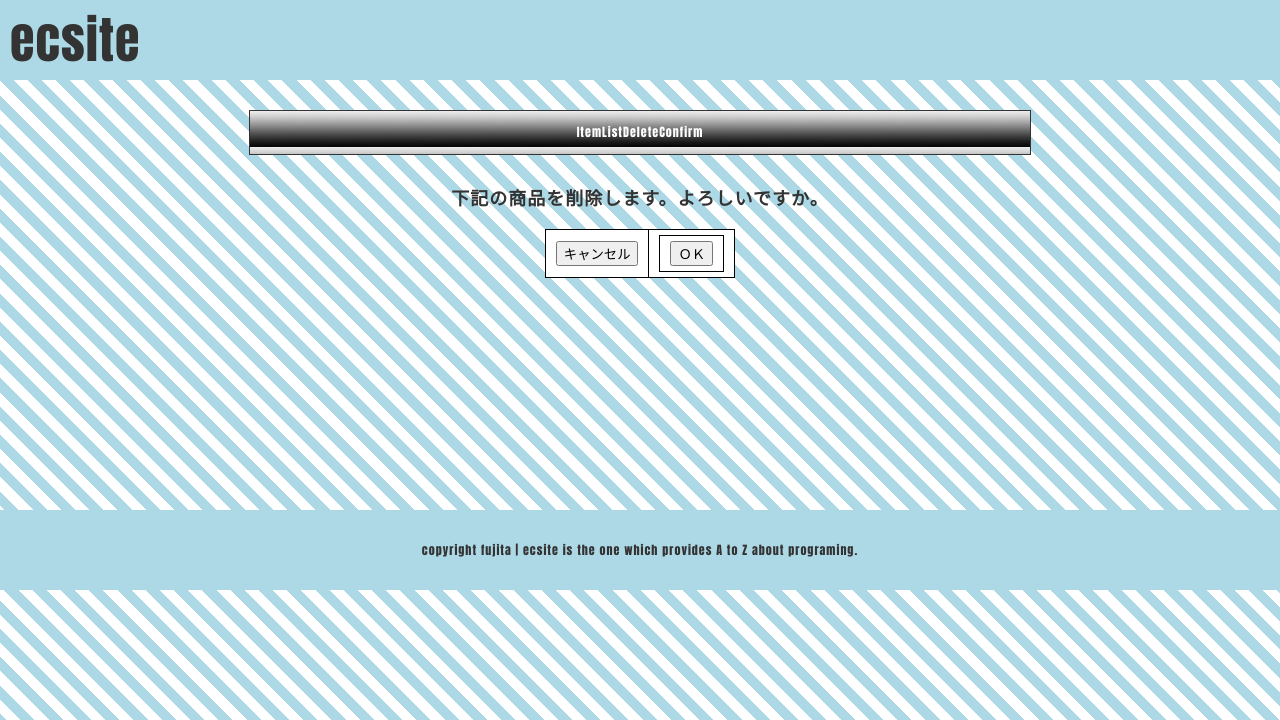
Repository: ryousukefujita-0423/test
Page: http://localhost/ecsite/itemListDeleteConfirm.jsp
These files come from the project's save history. The page is drawn as it stood at one moment and after the next save; the edit follows.
The browser window is 1280 px wide. The pictures show the whole page.
The page is served by Tomcat 9. Other server files are loaded and not shown.

Above is the page before, as saved 2019-03-25 02:25:15.

### ecsite/WebContent/itemListDeleteConfirm.jsp
<%@ page language="java" contentType="text/html; charset=UTF-8"
	pageEncoding="UTF-8"%>
<%@ taglib prefix="s" uri="/struts-tags"%>
<!DOCTYPE html>
<html>
<head>
<meta http-equiv="Content-Type" content="text/html; charset=UTF-8">
<meta http-equiv="Content-Style-Type" content="text/css" />
<meta http-equiv="Content-Script-Type" content="text/javascript" />
<meta http-equiv="imagetoolbar" content="no" />
<meta name="description" content="" />
<meta name="keywords" content="" />
<link rel="stylesheet" type="text/css" href="./css/style.css">
<title>ItemListDeleteConfirm</title>
</head>
<body>
	<div id="header">ecsite</div>
	<div id="main">
		<div id="top">
			<p>ItemListDeleteConfirm</p>
		</div>
		<h2>下記の商品を削除します。よろしいですか。</h2>
		<table>
			<tr>
				<td><input type="button"
					onclick="location.href='http://localhost:8080/ecsite/admin.jsp'"
					value="キャンセル"></td>
				<td><s:form action="ItemListDeleteCompleteAction">
						<s:submit value="ＯＫ" />
					</s:form></td>
			</tr>
		</table>
	</div>
	<div id="footer">copyright fujita | ecsite is the one which
		provides A to Z about programing.</div>
</body>
</html>

### ecsite/WebContent/css/style.css
@CHARSET "UTF-8";

body {
	margin: 0;
	padding: 0;
	line-height: 1.6;
	letter-spacing: 1px;
	font-family: Verdana, Helvetica, sans-serif;
	font-size: 12px;
	color: #333;
	background: repeating-linear-gradient(45deg, lightblue, lightblue 10px, white 0,
		white 20px);
}

table {
	text-align: center;
	margin: 0 auto;
	border-collapse: collapse;
}

tr {
	background-color: white;
}

td {
	padding: 5px 10px;
	border: 1px solid black;
}

#top {
	width: 780px;
	margin: 30px auto;
	border: 1px solid #333;
	font-family: impact;
	background-image: url("../img/trbackba.jpg");
	background-position: top left;
	color: white;
	background-color: #eeeeff;
}

#header {
	widht: 100%;
	height: 80px;
	background-color: lightblue;
	line-height: 80px;
	font-family: impact;
	font-size: 50px;
	padding-left: 10px;
}

#kanri {
	clear: both;
	widht: 100%;
	height: 100px;
	line-height: 100px;
	text-align: center;
}

#main {
	widht: 100%;
	height: 100%;
	text-align: center;
	position: relative;
	min-height: 400px;
}

#footer {
	widht: 100%;
	height: 80px;
	background-color: lightblue;
	clear: both;
	font-family: impact;
	line-height: 80px;
	text-align: center;
	bottom: 0;
}

#text-center {
	display: inline-block;
	text-aligin: center;
}

#text-link {
	display: inline-block;
	text-aligin: right;
}

#text-center {
	display: inline-block;
	text-align: center;
}

#left {
	float: left;
	width: 50%;
	height: 200px;
}

#right {
	float: right;
	width: 50%;
	height: 200px;
}

#color {
	widht: 20px;
	height: 50px;
}

#checkbox_hidden {
	display: none;
}

#table_color {
	background-color: white;
}

#sold_color {
	color: red;
	border: 1px solid black;
}

#table_midashi {
	background-image: url("../img/trbackba.jpg");
	background-position: bottom left;
	color: white;
	background-color: #eeeeff;
}

#item_type {
	border-collapse: separate;
	border-spacing: 40px 20px;
}

After the next save:
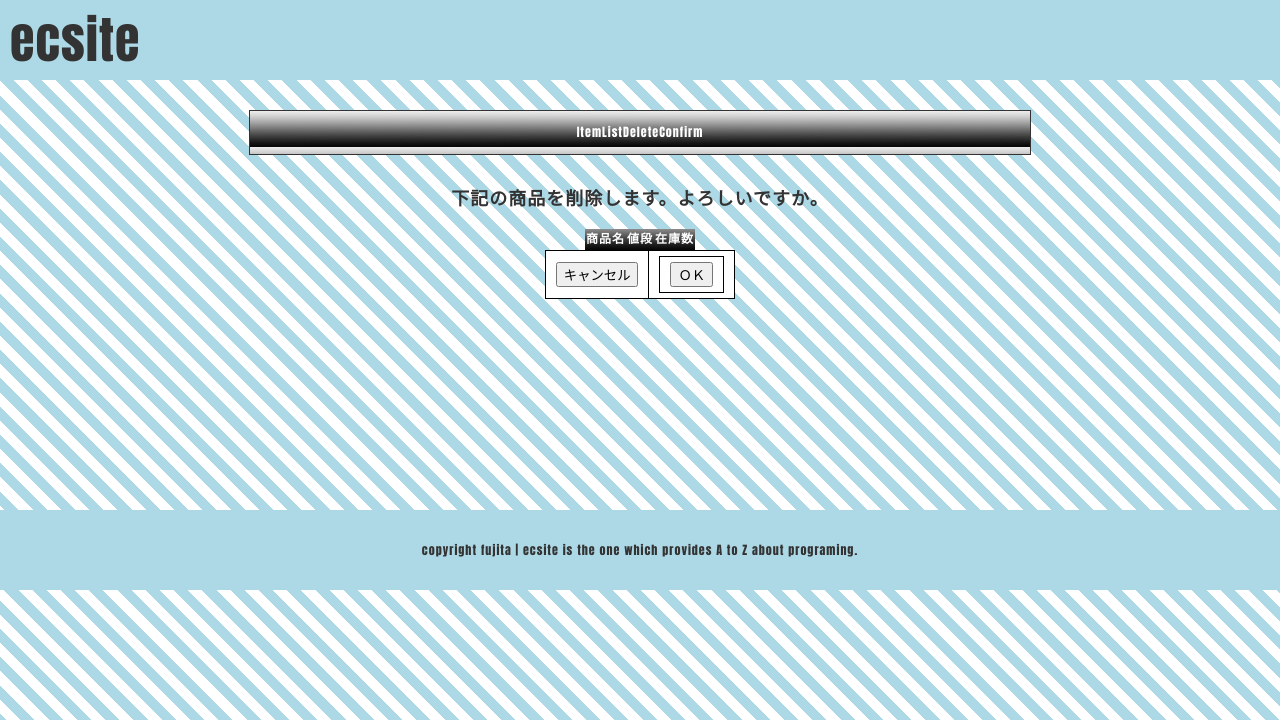
Saved 4 min 54 s later.
--- a/ecsite/WebContent/itemListDeleteConfirm.jsp
+++ b/ecsite/WebContent/itemListDeleteConfirm.jsp
@@ -21,6 +21,20 @@
 		</div>
 		<h2>下記の商品を削除します。よろしいですか。</h2>
 		<table>
+			<tr id="table_midashi">
+				<th>商品名</th>
+				<th>値段</th>
+				<th>在庫数</th>
+			</tr>
+			<s:iterator value="List">
+				<tr>
+					<td><s:property value="item_name" /></td>
+					<td><s:property value="item_price" /><span>円</span></td>
+					<td><s:property value="item_stock" /><span>個</span></td>
+				</tr>
+			</s:iterator>
+		</table>
+		<table>
 			<tr>
 				<td><input type="button"
 					onclick="location.href='http://localhost:8080/ecsite/admin.jsp'"
